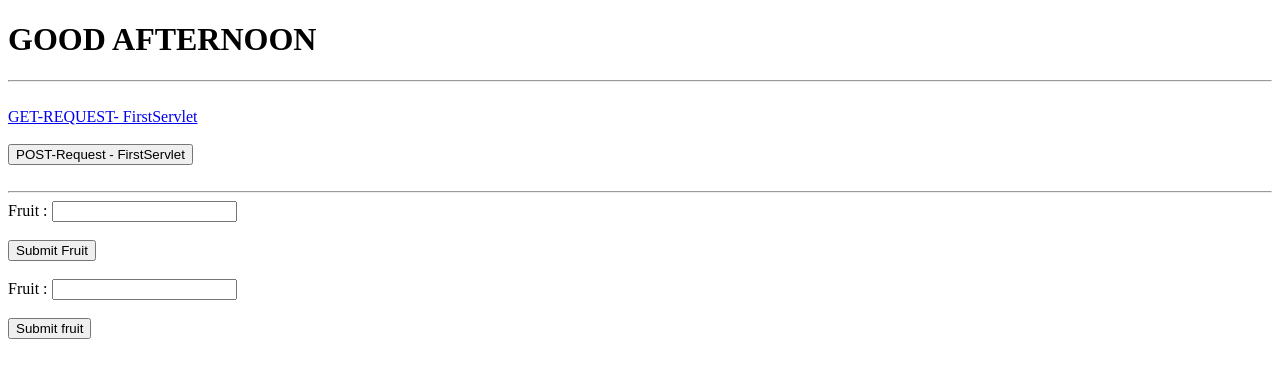
Repository: sunbeam-modular/IIT-08-B-Java
Page: Day06/codes/day1/secondapp/src/main/webapp/index.html
These files come from the project's save history. The page is drawn as it stood at one moment and after the next save; the edit follows.
The browser window is 1280 px wide. The pictures show the whole page.

Above is the page before, as saved 2025-12-22 10:24:34.

After the next save:
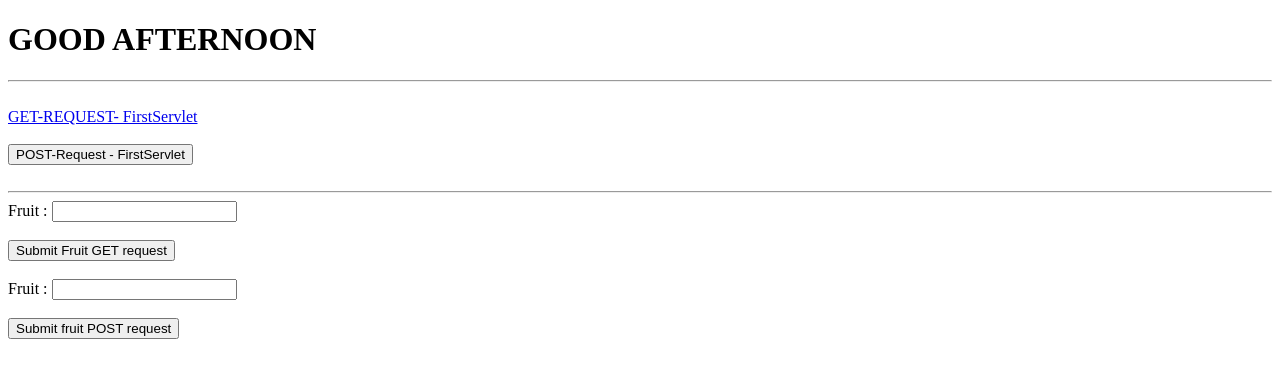
Saved 26 s later.
--- a/Day06/codes/day1/secondapp/src/main/webapp/index.html
+++ b/Day06/codes/day1/secondapp/src/main/webapp/index.html
@@ -23,14 +23,14 @@
 <div>
 <form method = "get" action = "second">
 Fruit : <input type = "text" name = "fruit"/><br><br/>
-<input type = "submit" value = "Submit Fruit"/>
+<input type = "submit" value = "Submit Fruit GET request"/>
 </form>
 <br/>
 </div>
 <div>
 <form method = "post" action = "second">
 Fruit : <input type = "text" name = "fruit"/><br><br/>
-<input type = "submit" value = "Submit fruit"/>
+<input type = "submit" value = "Submit fruit POST request"/>
 </form>
 </div>
 </body>
